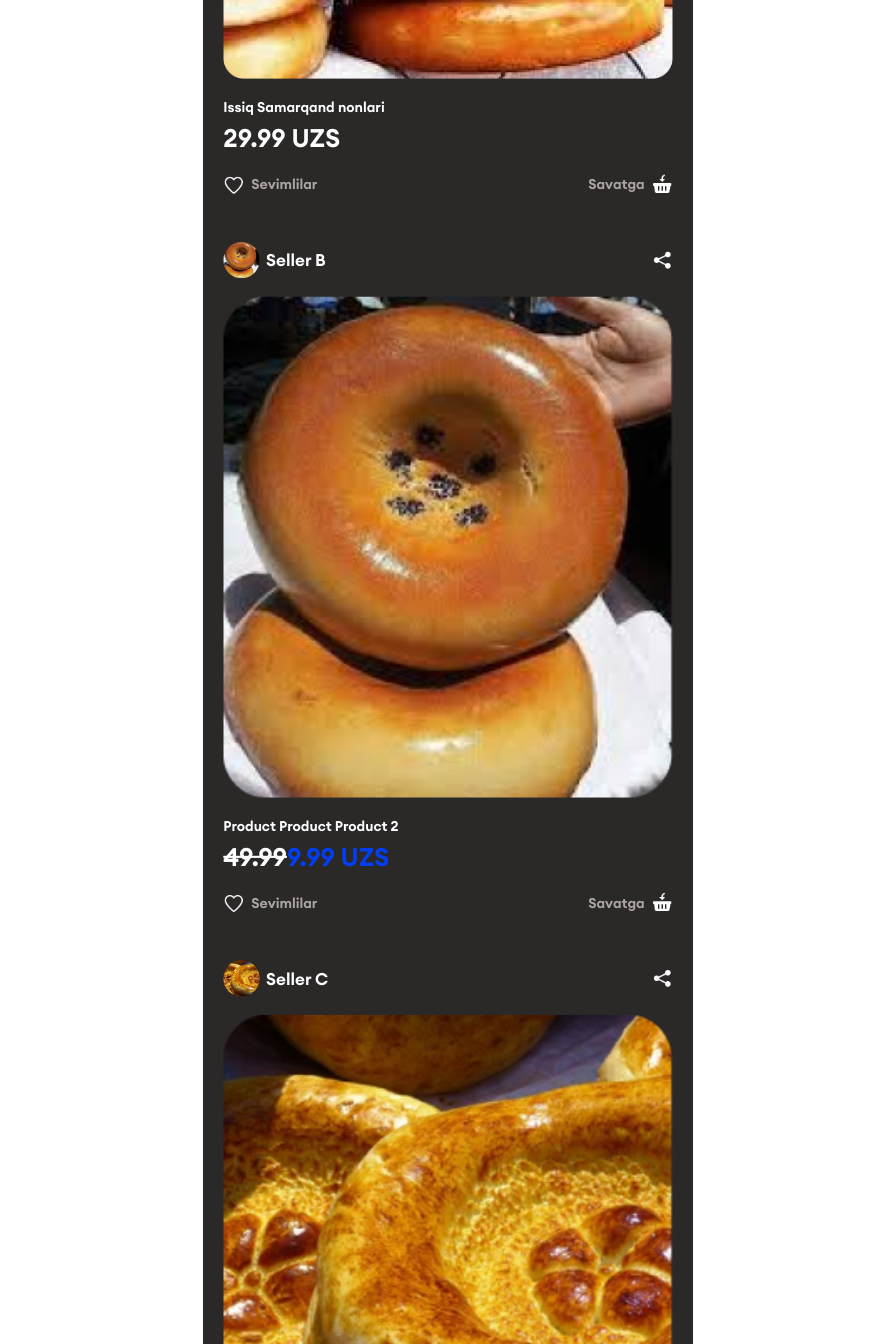
Repository: muslmoney/click-miniapp
Page: /
These files come from the project's save history. The page is drawn as it stood at one moment and after a run of saves; the edit follows.
The browser window is 1280 px wide. The pictures show the part of the page from y = 1501 to 3421 px (the page is 11200 px tall before and 11384 px after), at 70% of full size.
The project was rebuilt for these pictures with package versions that can differ from the ones it lists, and the page was loaded fresh each time. Also part of the build but not shown: vite.config.js.

Above is the page before, as saved 2025-02-02 15:35:00.

After the next 3 saves:
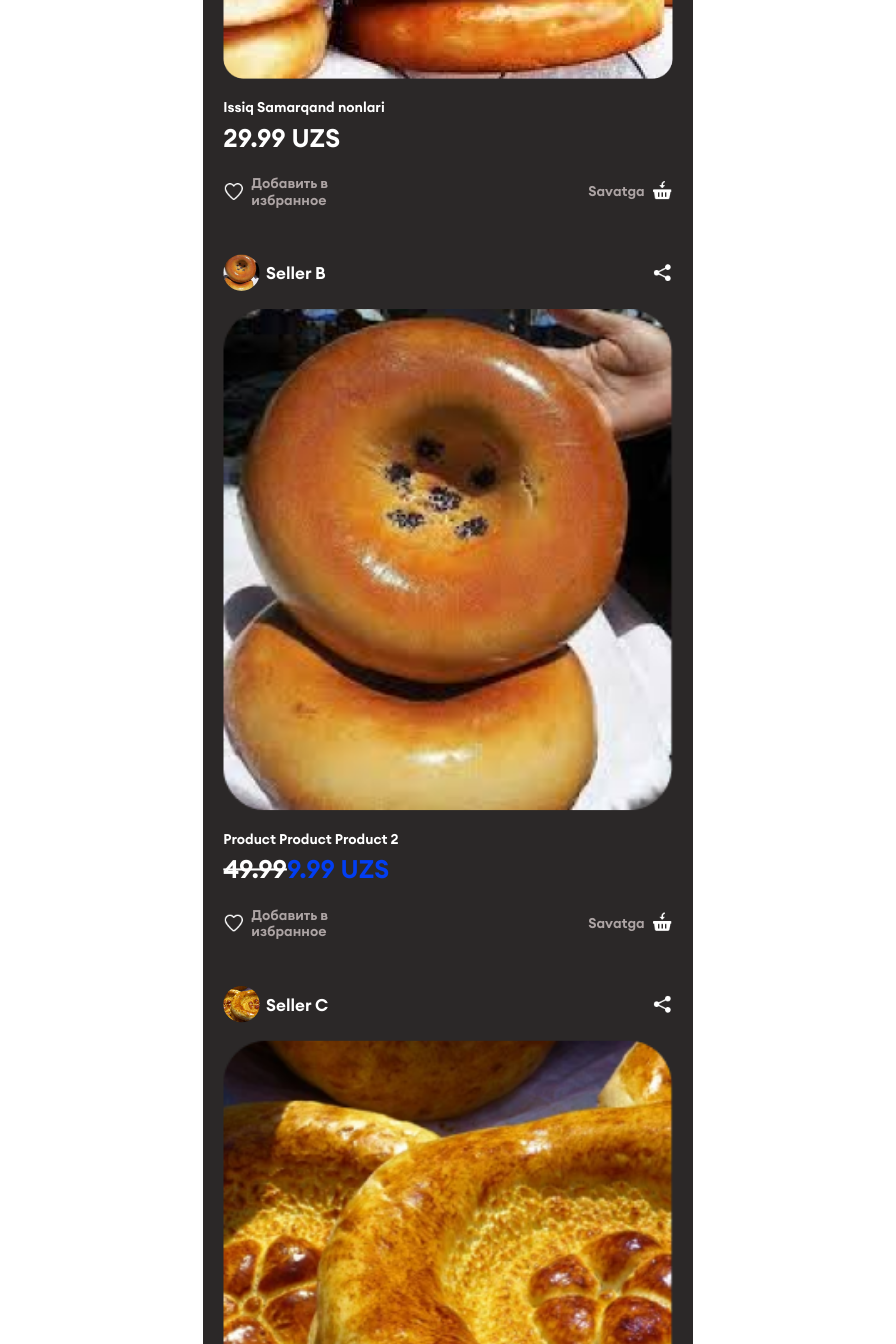
The 3 saves are shown as one change because they came seconds apart.
The last was saved 59 s later.
--- a/src/components/ProductCard/ProductCard.jsx
+++ b/src/components/ProductCard/ProductCard.jsx
@@ -1,16 +1,27 @@
 import React, { useState } from 'react';
 import styles from './productCard.module.css';
 import { FaMinus } from "react-icons/fa6";
-import { useAppContext } from '../../context/Context'
-const ProductCard = ({ title, seller, salePrice, price, logo, img, id, addToCart, addToFav }) => {
-  const { addToFavorites, removeFromFav } = useAppContext();
+import { useAppContext } from '../../context/Context';
+
+const ProductCard = ({ title, seller, salePrice, price, logo, img, id, addToCart }) => {
+  const { favorites, addToFavorites, removeFromFav } = useAppContext();
+
+  // Проверка, находится ли продукт в избранном
+  const isFavorite = favorites.some(product => product.id === id);
+
+  // Функция для добавления или удаления из избранных
+  const handleFavoriteToggle = () => {
+    if (isFavorite) {
+      removeFromFav(id);  // Удаляем из избранных
+    } else {
+      addToFavorites({ id, title, price, salePrice, img });  // Добавляем в избранное
+    }
+  };
 
   const handleAddToCart = () => {
     addToCart({ id, title, price, salePrice, img, logo, seller, quantity: 1 });
   };
-  const handleAddToFavorites = () => {
-    addToFavorites({ id, title, price, salePrice, img });
-  };
+
   return (
     <div className={styles.productCard}>
       <div className={styles.header}>
@@ -38,9 +49,13 @@
           )}
         </div>
         <div className={styles.buttons}>
-          <button className={styles.like}>
-            <img src="/favorite.png" alt="favorite" onClick={ handleAddToFavorites} />
-            <div>Sevimlilar</div>
+          <button className={styles.like} onClick={handleFavoriteToggle}>
+            {/* Переключение иконки в зависимости от того, находится ли продукт в избранном */}
+            <img
+              src={isFavorite ? "/favorite-filled.png" : "/favorite.png"}
+              alt="favorite"
+            />
+            <div>{isFavorite ? "Избранное" : "Добавить в избранное"}</div>
           </button>
           <button className={styles.bag} onClick={handleAddToCart}>
             <span>Savatga</span>
@@ -83,8 +98,6 @@
               src='/add.png'
               onClick={() => updateQuantity(id, quantity + 1)}
             />
-
-
           </div>
         ) : (
           <div className={styles.quantity}>
@@ -94,19 +107,14 @@
               src='/add.png'
               onClick={() => updateQuantity(id, quantity + 1)}
             />
-
-          </div>)
+          </div>
+        )
       }
-
     </div>
   );
 };
 
-export const InFav = ({ img, price, salePrice, title, id }) => {
-  const { addToFavorites } = useAppContext();
-  const handleAddToFavorites = () => {
-    addToFavorites({ id, title, price, salePrice, img });
-  };
+export const InFav = ({ img, price, salePrice, title, id, removeFromFavorites }) => {
   return (
     <div className={styles.inCart}>
       <div className={styles.info}>
@@ -125,14 +133,15 @@
       </div>
       <div>
         <img src="/addToBag.png" alt="tobag" />
-        <img src="/favorite.png" onClick={handleAddToFavorites} alt="fav" />
+        <img
+          src="/favorite-filled.png"
+          alt="remove from favorites"
+          onClick={() => removeFromFavorites(id)} // Удалить из избранного
+        />
       </div>
     </div>
   );
 };
-
-
-
 
 export const SearchCard = ({ price, salePrice, title, img, addToCart }) => {
   return (
